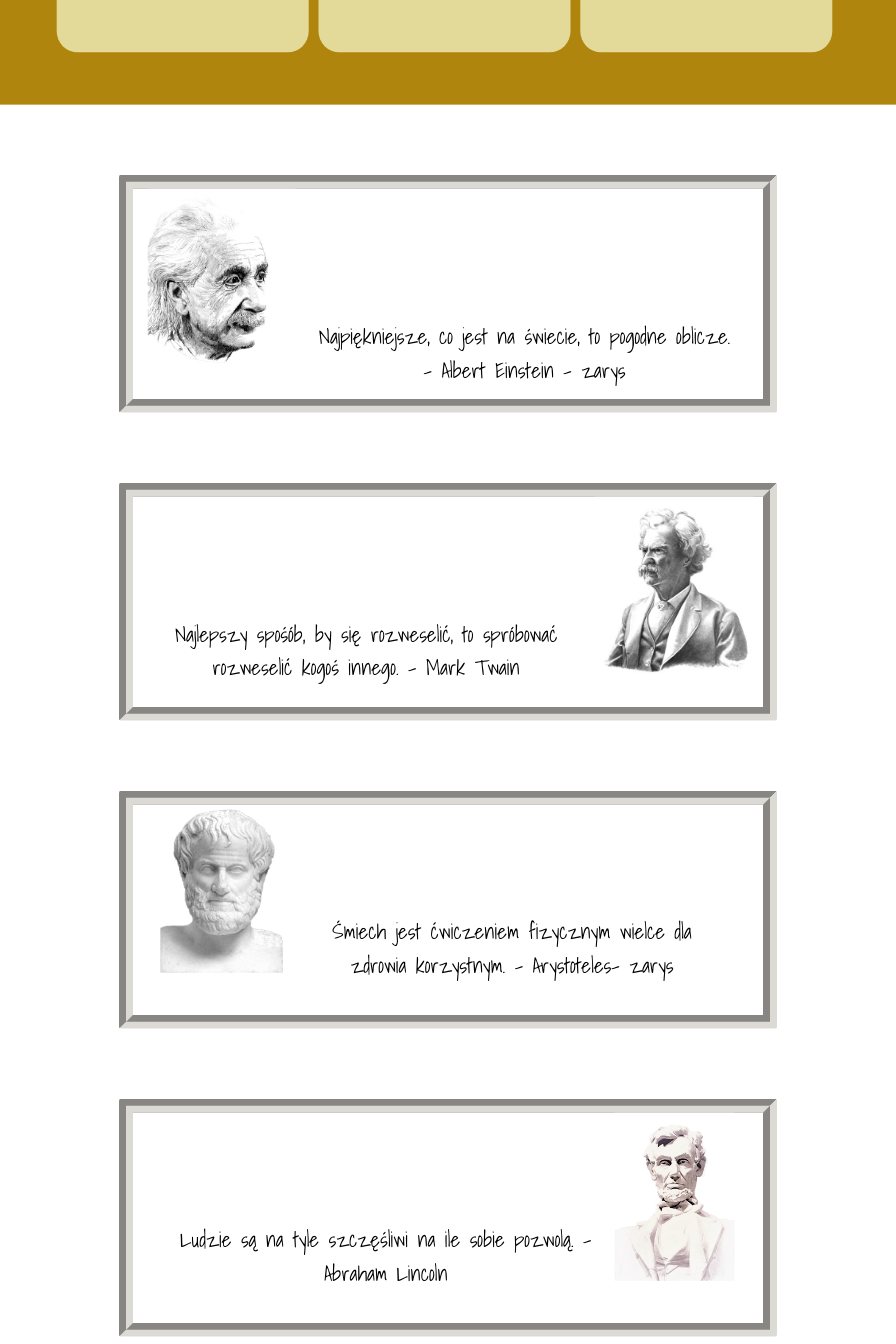
Repository: addstaw/moja-strona
Page: index.html
These files come from the project's save history. The page is drawn as it stood at one moment and after the next save; the edit follows.
The browser window is 1280 px wide. The pictures show the part of the page from y = 1084 to 3004 px (the page is 3594 px tall before and 3674 px after), at 70% of full size.
Some web fonts or font styles are not loaded; a fallback is used.

Above is the page before, as saved 2020-05-19 10:21:11.

After the next save:
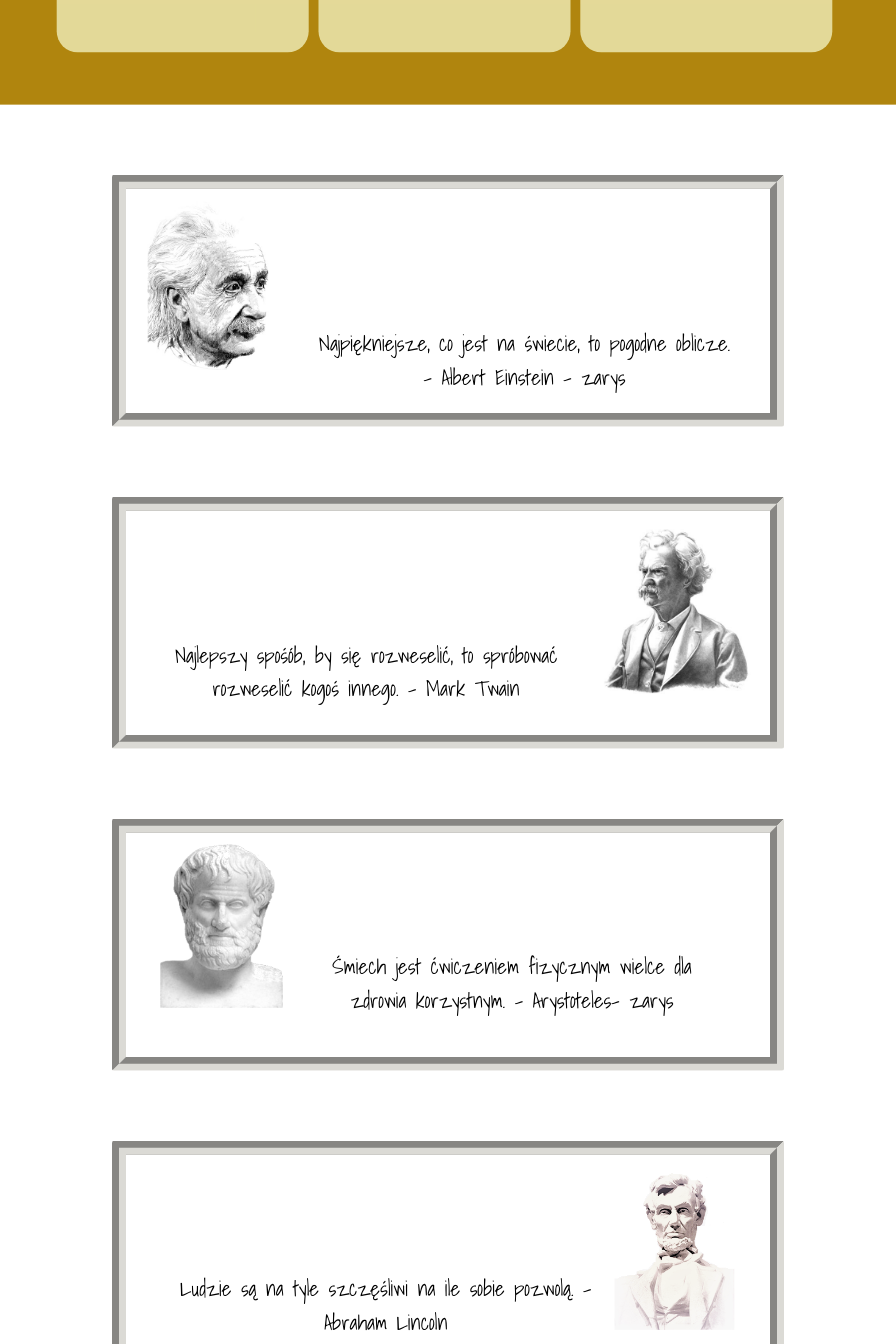
Saved 25 s later.
--- a/css/style7.css
+++ b/css/style7.css
@@ -81,7 +81,7 @@
         border: 20px groove #dbdad5;
         border-radius: 3px;
         font-family: 'Shadows Into Light', cursive;
-        padding: auto;;
+        padding: 10px;
     }
         .quote{
             font-family: 'Shadows Into Light', cursive;

After the save that followed:
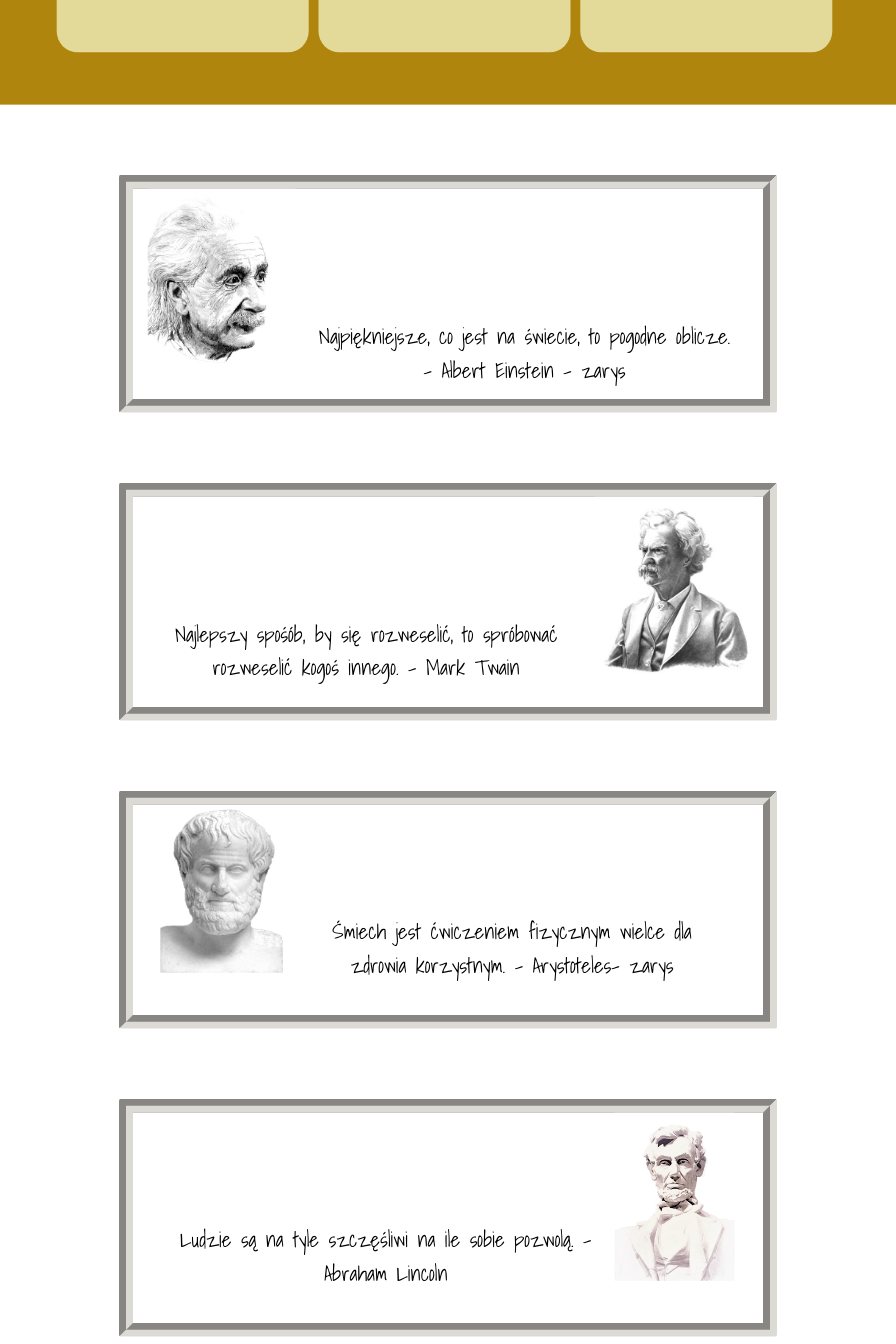
Saved 10 s later.
--- a/css/style7.css
+++ b/css/style7.css
@@ -81,7 +81,7 @@
         border: 20px groove #dbdad5;
         border-radius: 3px;
         font-family: 'Shadows Into Light', cursive;
-        padding: 10px;
+        padding: 10p0x;
     }
         .quote{
             font-family: 'Shadows Into Light', cursive;
